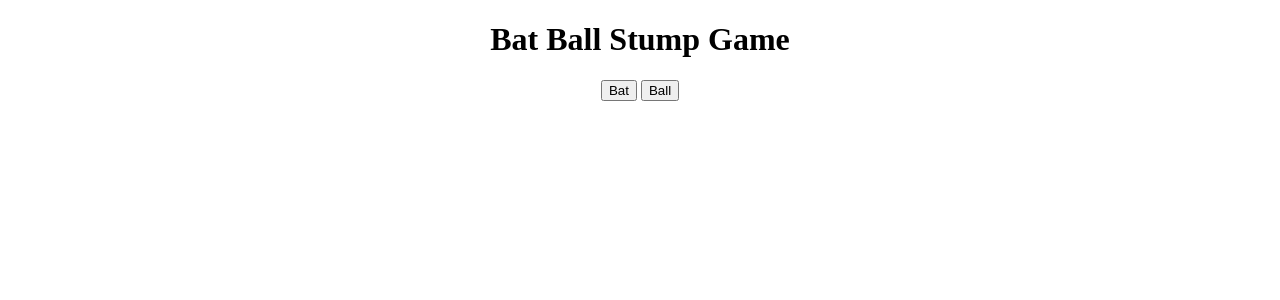
Repository: nihalani20/Learning-Js
Page: Cricket Game/index.html
The author's editor kept a copy of each file at every save. The page is drawn from the files as they stood at one save, then again after a run of saves.
The browser window is 1280 px wide. The pictures show the whole page.

Above is the page before, as saved 2024-01-24 17:58:53.

After the next 3 saves:
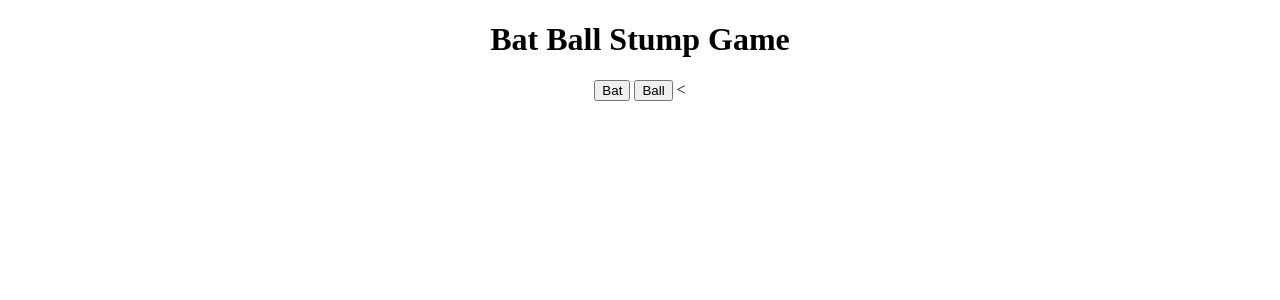
The 3 saves are shown as one change because they came seconds apart.
The last was saved 11 s later.
--- a/Cricket Game/index.html
+++ b/Cricket Game/index.html
@@ -95,19 +95,10 @@ alert(`You have choosen Bat \n Computer choice is ${computerChoice}\n  ${resultM
 
  alert(`You have choosen Ball Computer choice is ${computerChoice} ${resultMsg}`)
 
+    ">Ball</button>
 
 
-
-
-
-
-
-
-
-
-
-
-    ">Ball</button>
+<
 
   </main>
 </body>
